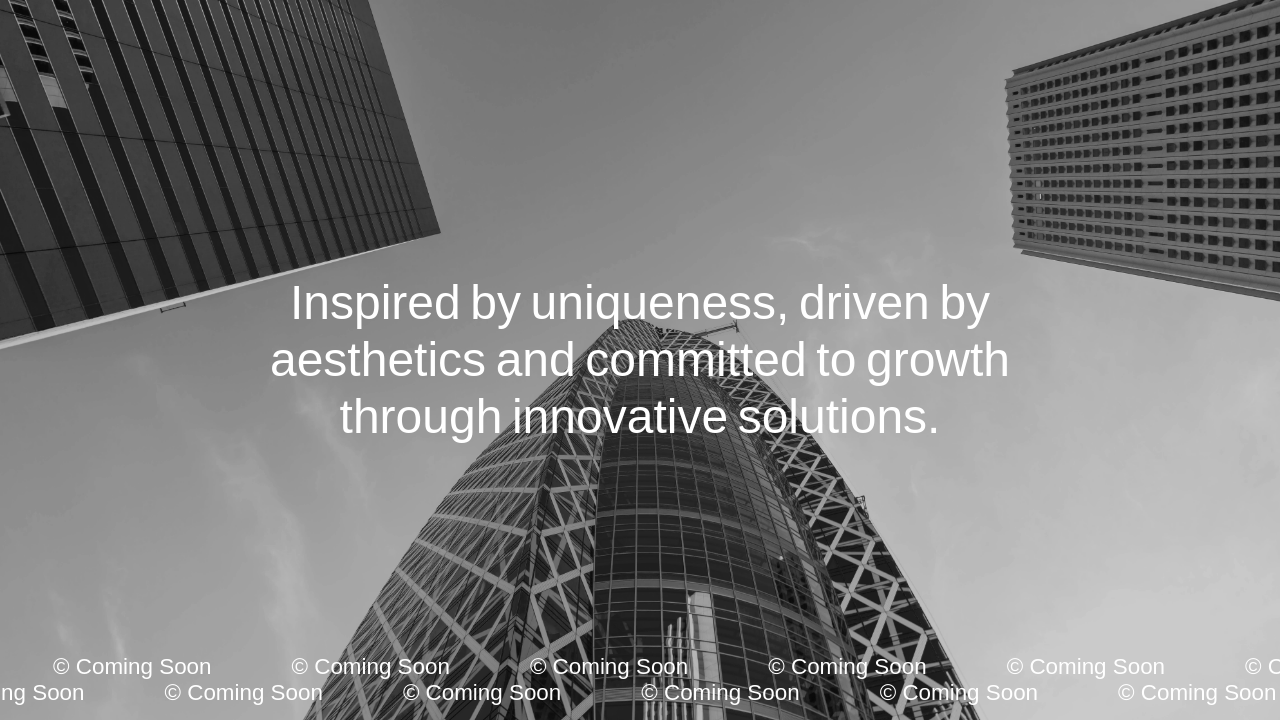
Repository: leswisss/comingsoon
Page: /
The author's editor kept a copy of each file at every save. The page is drawn from the files as they stood at one save, then again after a run of saves.
The browser window is 1280 px wide. The pictures show the whole page.
Some web fonts or font styles are not loaded; a fallback is used. The project was rebuilt for these pictures with package versions that can differ from the ones it lists, and the page was loaded fresh each time. The framework's server and built-in components were replaced by stand-ins that run in the browser. Also part of the build but not shown: next.config.mjs.

Above is the page before, as saved 2024-06-16 15:59:31.

### app/layout.tsx
import type { Metadata } from "next";
import localFont from "next/font/local";
import "../styles/globals.scss";

const regular = localFont({
  src: "./SF-Pro-Display-Regular.ttf",
  display: "swap",
  variable: "--regular-font",
});

const medium = localFont({
  src: "./SF-Pro-Display-Medium.ttf",
  display: "swap",
  variable: "--medium-font",
});

const semibold = localFont({
  src: "./SF-Pro-Display-Semibold.ttf",
  display: "swap",
  variable: "--semibold-font",
});

const italic = localFont({
  src: "./BigCaslonFB-Italic.ttf",
  display: "swap",
  variable: "--italic-font",
});

export const metadata: Metadata = {
  title: "Better Marque - Branding Agency",
  description: "Generated by create next app",
};

export default function RootLayout({
  children,
}: Readonly<{
  children: React.ReactNode;
}>) {
  return (
    <html lang="en">
      <body
        className={`${italic.variable} ${regular.variable} ${medium.variable} ${semibold.variable}`}
      >
        {children}
      </body>
    </html>
  );
}

### app/page.tsx
import { HomePageWrapper } from "@/components";

export default function Home() {
  return (
    <main>
      <HomePageWrapper/>
    </main>
  );
}

### styles/globals.scss
/*=============== VARIABLES SCSS ===============*/
:root {
  --header-height: 6rem;
  --white: white;
  --black: black;
  --grey: #535353;


  /*========== Font and typography ==========*/
  /*.5rem = 8px | 1rem = 16px ...*/
  // --body-font: 'Montserrat', sans-serif;

  --h1-font-size: 3rem;
  --h2-font-size: 2rem;
  --normal-font-size: 1rem;
  --small-font-size: .94rem;
}

/* Responsive typography */
@media screen and (max-width: 1088px) {
  :root {
    --h1-font-size: 2.75rem;
    --h2-font-size: 1.8rem;
    --normal-font-size: 0.96rem;
    --small-font-size: .90rem;
  }
}

@media screen and (max-width: 628px) {
  :root {
    --h1-font-size: 2.5rem;
    --h2-font-size: 1.5rem;
    --normal-font-size: 0.92rem;
    --small-font-size: 0.85rem;
  }
}

/*=============== BASE ===============*/
* {
  box-sizing: border-box;
  padding: 0;
  margin: 0;
  scrollbar-width: none;

  &::-webkit-scrollbar{
    display: none;
  }

}

html {
  scroll-behavior: auto;
  height: auto;
}

body{
  font-family: var(--regular-font);
  font-size: var(--normal-font-size);
  background-color: black;
  color: var(--white);
}


ul {
  list-style: none;
}

a {
  text-decoration: none;
}

img {
  max-width: 100%;
  height: auto;
}


/*=============== REUSABLE CSS CLASSES ===============*/
.container {
  max-width: 1450px;
  margin: 0 auto;
}

.main {
  overflow: hidden;
}


@media screen and (max-width: 1450px) {
  .container {
    max-width: 100%;
    margin: 0 3rem;
  }
}


@media screen and (max-width: 1088px) {
  .container {
    max-width: 100%;
    margin: 0 2rem;
  }
}


@media screen and (max-width: 628px) {
  .container {
    max-width: 100%;
    margin: 0 1rem;
  }
}

### components/index.tsx
import HomePageWrapper from "./HomePageWrapper";
import HeroSection from "./HeroSection";

export {
  HomePageWrapper,
  HeroSection
}

### components/HomePageWrapper.tsx
import React from 'react'
import HeroSection from './HeroSection'

const HomePageWrapper = () => {
  return (
    <>
    <HeroSection />
    </>
  )
}

export default HomePageWrapper

### components/HeroSection.tsx
"use client";

import React, { useEffect, useRef } from "react";
import Marquee from "./Marquee";
import Image from "next/image";
import IMAGE from "../public/background.jpg";
import styles from "../styles/hero.module.scss";

const HeroSection = () => {
  const slogan =
    "Inspired by uniqueness, driven by aesthetics and committed to growth through innovative solutions.";
  const refs = useRef<HTMLSpanElement[]>([]);

  const splitwords = () => {
    let body: JSX.Element[] = [];
    slogan.split(" ").forEach((word, i) => {
      const cleanWord = word.replace(/[.,]/g, "");

      if (["uniqueness", "aesthetics", "growth"].includes(cleanWord)) {
        body.push(
          <p
            key={`word-${i}`}
            className={`${styles.word_wrapper} ${styles.italic}`}
          >
            <span
              className={styles.word}
              ref={(el) => {
                if (el) refs.current.push(el);
              }}
            >
              {word}
            </span>
          </p>
        );
      } else {
        body.push(
          <p key={`word-${i}`} className={styles.word_wrapper}>
            <span
              className={styles.word}
              ref={(el) => {
                if (el) refs.current.push(el);
              }}
            >
              {word}
            </span>
          </p>
        );
      }
    });

    return body;
  };


  return (
    <section className={styles.hero}>
      <div className={styles.hero_image}>
        <Image src={IMAGE} fill quality={100} alt="Better Marque" />
      </div>
      <div className={styles.text}>{splitwords()}</div>
      <div className={styles.marquee}>
        <Marquee />
      </div>
    </section>
  );
};

export default HeroSection;

### components/Marquee.tsx
"use client";

import React, {useRef} from 'react'
import gsap from 'gsap'
import { useGSAP } from '@gsap/react'
import styles from "../styles/marquee.module.scss"

const Marquee = () => {
  const firstRef = useRef(null);
  const secondRef = useRef(null);
  let xPercent = 0;
  let direction = -1

  useGSAP(() => {
    requestAnimationFrame(animation)
  })

  const animation = () => {
    gsap.set(firstRef.current, {xPercent: xPercent})
    gsap.set(secondRef.current, {xPercent: xPercent})
    xPercent += 0.1 * direction;
    requestAnimationFrame(animation)
  }

  return (
    <div className={styles.slider}>
      <div className={styles.coming__wrapper} ref ={firstRef}>
        <p className={styles.soon}>© Coming Soon</p>
        <p className={styles.soon}>© Coming Soon</p>
        <p className={styles.soon}>© Coming Soon</p>
        <p className={styles.soon}>© Coming Soon</p>
        <p className={styles.soon}>© Coming Soon</p>
        <p className={styles.soon}>© Coming Soon</p>
        <p className={styles.soon}>© Coming Soon</p>
        <p className={styles.soon}>© Coming Soon</p>
        <p className={styles.soon}>© Coming Soon</p>
        <p className={styles.soon}>© Coming Soon</p>
      </div>
      <div className={styles.coming__wrapper} ref ={secondRef}>
        <p className={styles.soon}>© Coming Soon</p>
        <p className={styles.soon}>© Coming Soon</p>
        <p className={styles.soon}>© Coming Soon</p>
        <p className={styles.soon}>© Coming Soon</p>
        <p className={styles.soon}>© Coming Soon</p>
        <p className={styles.soon}>© Coming Soon</p>
        <p className={styles.soon}>© Coming Soon</p>
        <p className={styles.soon}>© Coming Soon</p>
        <p className={styles.soon}>© Coming Soon</p>
        <p className={styles.soon}>© Coming Soon</p>
      </div>
    </div>
  )
}

export default Marquee

### styles/hero.module.scss
.hero{
  width: 100vw;
  height: 100vh;
  overflow: hidden;
  position: relative;
}

.hero_image{
  width: 100vw;
  height: 100vh;
  position: relative;

  img{
    object-fit: cover;
    filter: brightness(0.8);
  }
}

.text{
  position: absolute;
  color: white;
  z-index: 1;
  width: max-content;
  height: max-content;
  top: 50%;
  left: 50%;
  transform: translate(-50%, -50%);
  display: flex;
  flex-wrap: wrap;
  width: 55rem;
  text-align: center;
  justify-content: center;
  align-items: center;

  .word_wrapper{
    font-size: var(--h1-font-size);
    overflow: hidden;
    width: auto;
    height: 56.8px;
    padding: 0 0.3rem;

    &.italic{
      font-family: var(--italic-font);
    }

    .word{
      position: relative;
      top: 0%; // What i will be animating with gsap
    }
  }
}

.marquee{
  position: absolute;
  width: 100%;
  height: max-content;
  bottom: 2.5rem;
  left: 0;
  z-index: 1;
}

### styles/marquee.module.scss
.slider{
  position: relative;
}

.coming__wrapper{
  display: flex;
  white-space: nowrap;
  flex-wrap: nowrap;

  .soon{
    margin-right: 5rem;
    font-size: calc(var(--h2-font-size) - 0.6rem);
  }

  &:nth-of-type(2){
    position: absolute;

  }
}

After the next 3 saves:
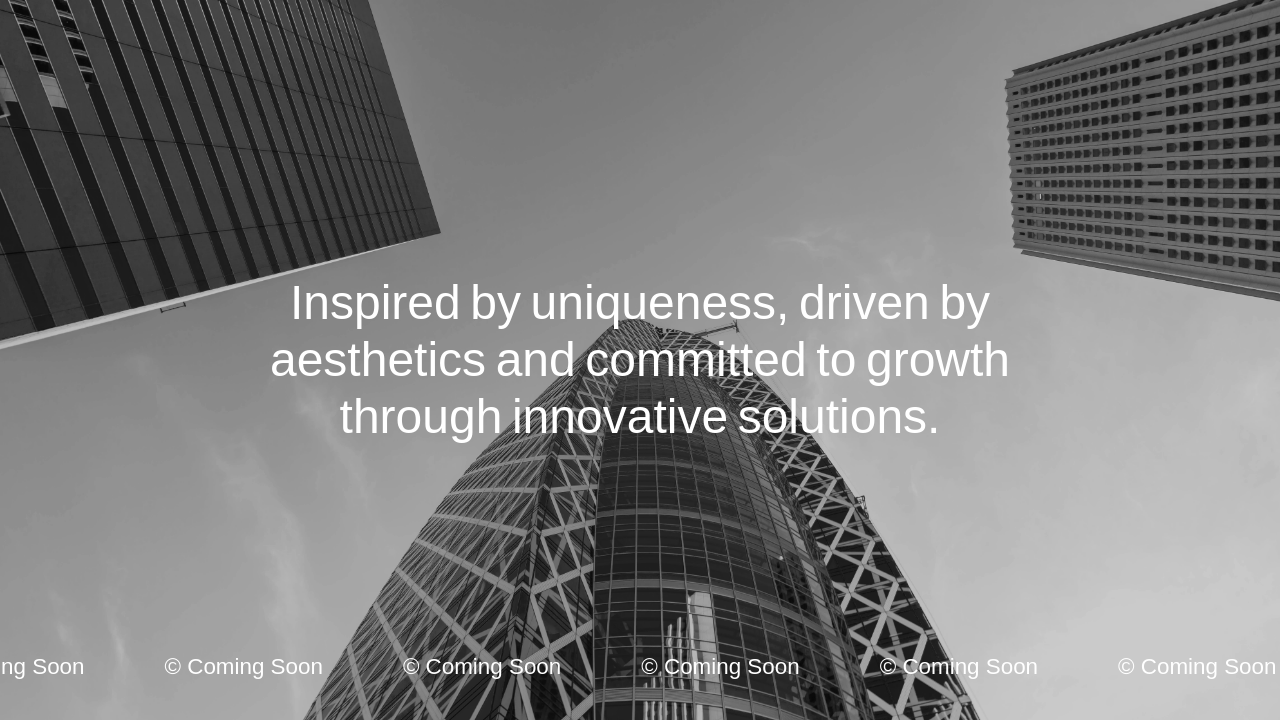
The 3 saves are shown as one change because they came seconds apart.
The last was saved 8 s later.
--- a/styles/marquee.module.scss
+++ b/styles/marquee.module.scss
@@ -1,5 +1,6 @@
 .slider{
   position: relative;
+  display: flex;
 }
 
 .coming__wrapper{
@@ -11,9 +12,4 @@
     margin-right: 5rem;
     font-size: calc(var(--h2-font-size) - 0.6rem);
   }
-
-  &:nth-of-type(2){
-    position: absolute;
-
-  }
 }
